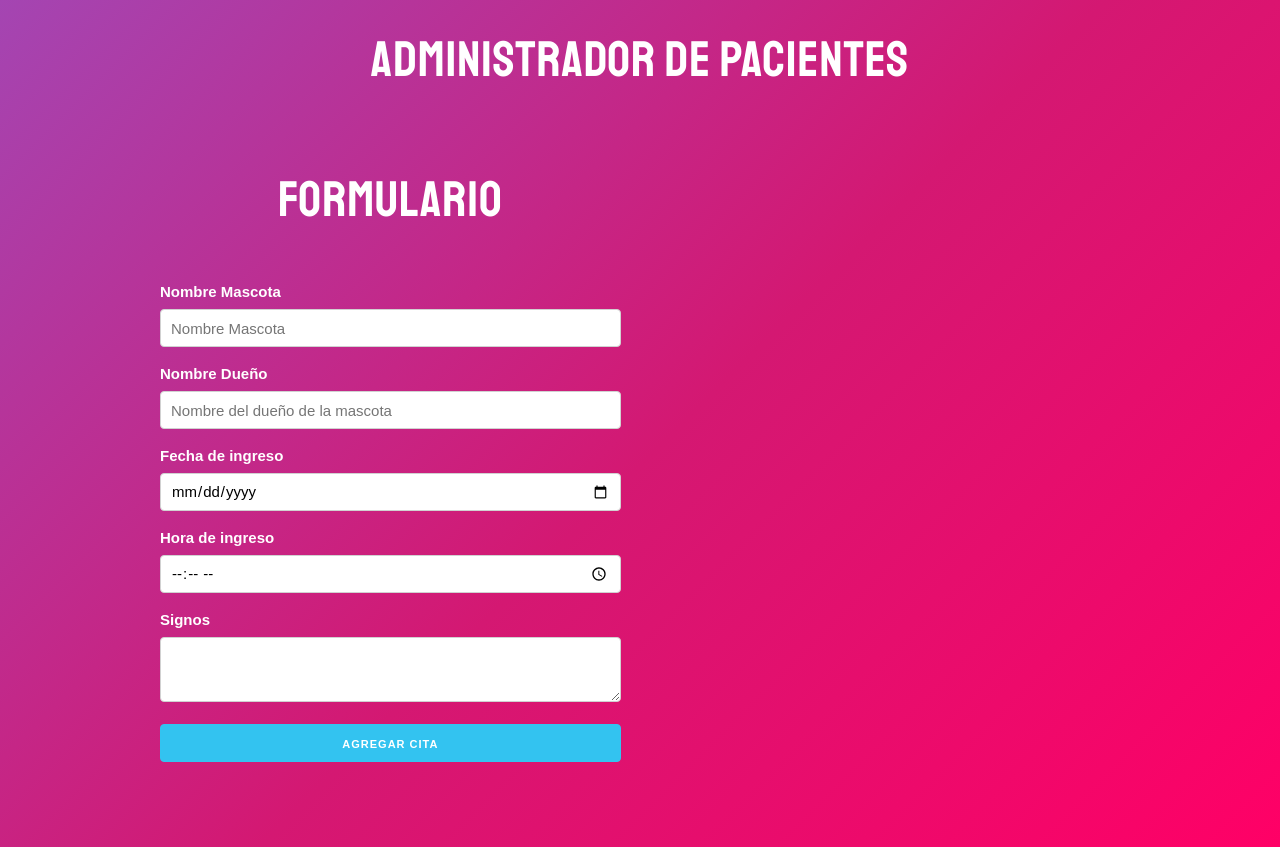
Repository: leonmezu1/react-jdlt
Page: /
These files come from the project's save history. The page is drawn as it stood at one moment and after a run of saves; the edit follows.
The browser window is 1280 px wide. The pictures show the whole page.
The project was rebuilt for these pictures with package versions that can differ from the ones it lists, and the page was loaded fresh each time. Also part of the build but not shown: src/components/Cita.js.

Above is the page before, as saved 2020-10-06 09:59:34.

After the next 2 saves:
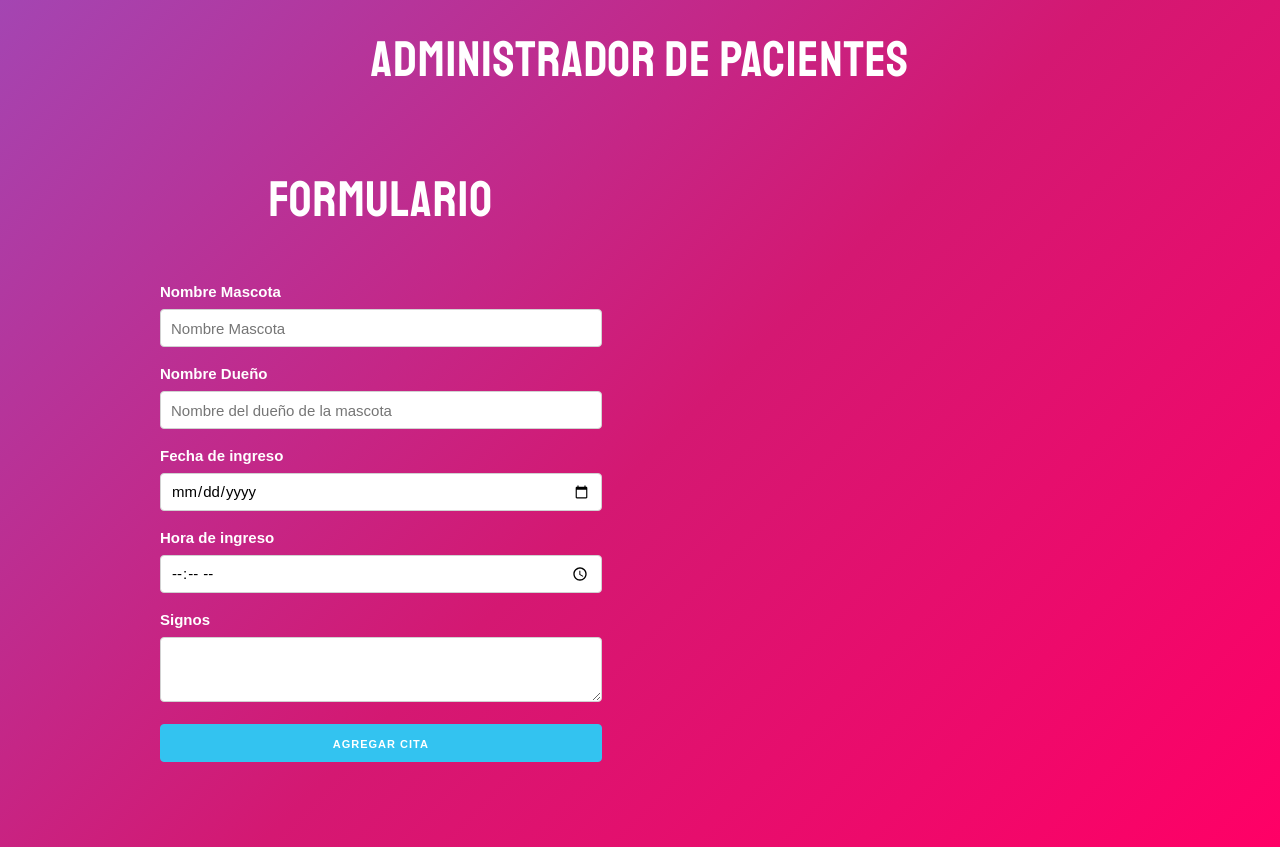
The 2 saves are shown as one change because they came seconds apart.
The last was saved 9 s later.
--- a/src/index.css
+++ b/src/index.css
@@ -24,7 +24,7 @@ h1, h2  {
   justify-content: space-between;
 }
 .one-half-column{
-  flex-basis: calc(48%);
+  flex-basis: calc(46%);
 }
 .lista-citas .media {
   border-bottom: 1px solid #e1e1e1;
